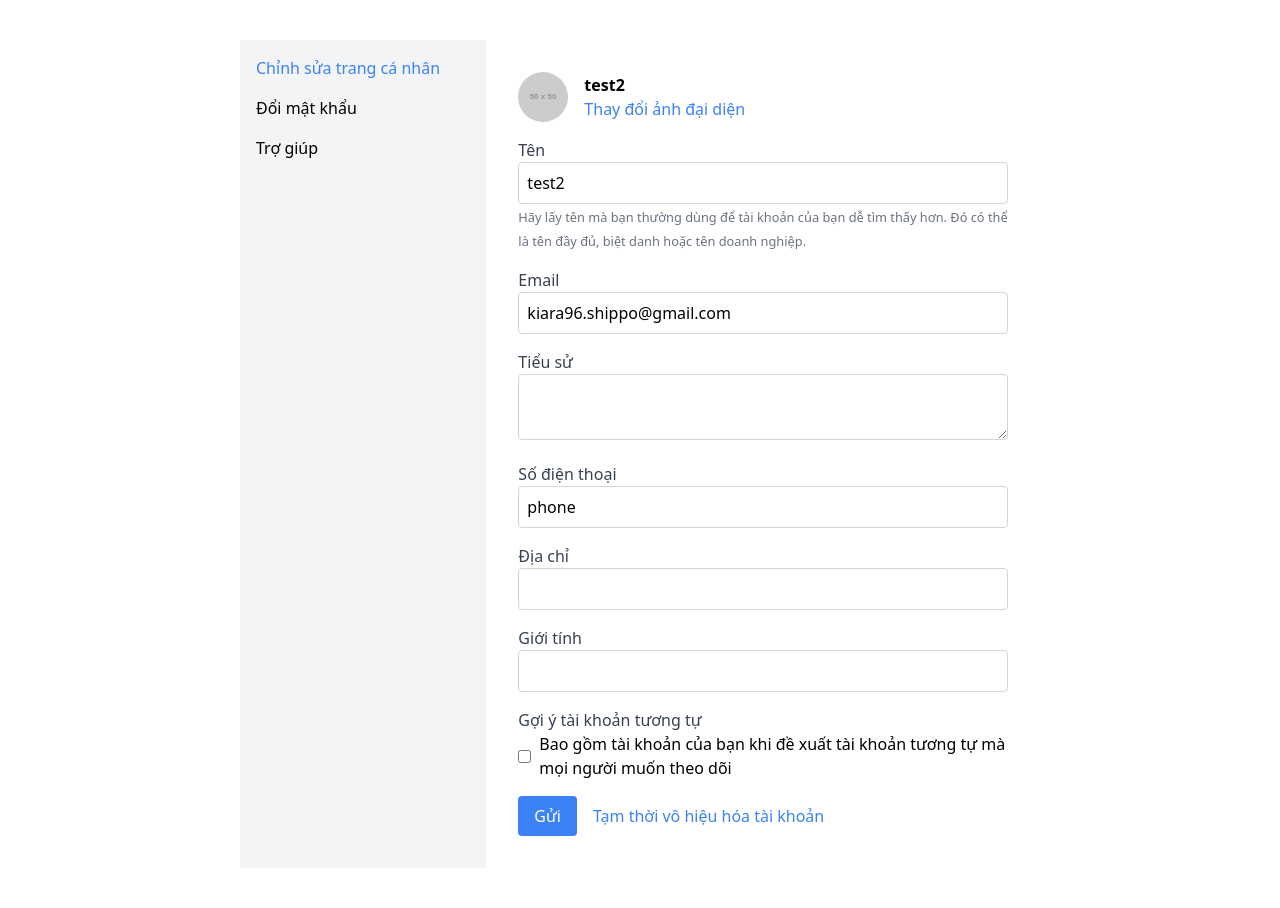
Repository: DangNgocDuong250903/2425_CS445AC_NHOM1
Page: /update_user (app in social_fe/)
The author's editor kept a copy of each file at every save. The page is drawn from the files as they stood at one save, then again after the next save.
The browser window is 1280 px wide. The pictures show the whole page.
The project was rebuilt for these pictures with package versions that can differ from the ones it lists, and the page was loaded fresh each time. Also part of the build but not shown: social_fe/vite.config.js, social_fe/src/components/Button/index.jsx, social_fe/src/assets/index.js, social_fe/src/components/FriendCard/index.jsx, social_fe/src/components/Loading/index.jsx, social_fe/src/components/PostCard/index.jsx, social_fe/src/components/ProfileCard/index.jsx, social_fe/src/components/TextInput/index.jsx and 8 more.

Above is the page before, as saved 2024-11-05 10:50:19.

### social_fe/index.html
<!DOCTYPE html>
<html lang="en">
  <head>
    <meta charset="UTF-8" />
    <link rel="icon" type="image/svg+xml" href="/public/logo.svg" />
    <meta name="viewport" content="width=device-width, initial-scale=1.0" />
    <title>LinkVerse</title>
  </head>
  <body>
    <div id="root"></div>
    <script type="module" src="/src/main.jsx"></script>
  </body>
</html>

### social_fe/src/main.jsx
import { StrictMode } from "react";
import { createRoot } from "react-dom/client";
import App from "./App.jsx";
import "./index.css";
import { store } from "./redux/store.js";
import { Provider } from "react-redux";
import { BrowserRouter } from "react-router-dom";

createRoot(document.getElementById("root")).render(
  <StrictMode>
    <Provider store={store}>
      <BrowserRouter>
        <App />
      </BrowserRouter>
    </Provider>
  </StrictMode>,
);

### social_fe/src/App.jsx
import { Outlet, Navigate, Route, Routes, useLocation } from "react-router-dom";
import {
  Home,
  Profile,
  Register,
  Login,
  ResetPassword,
  NotFound,
} from "./pages";
import { useSelector } from "react-redux";
import UpdateUser from "./pages/ProfilePage/updateUser";

const Layout = () => {
  const { user } = useSelector((state) => state.user);
  const location = useLocation();

  return user?.token ? (
    <Outlet />
  ) : (
    <Navigate to="/login" state={{ from: location }} replace />
  );
};

function App() {
  const { theme } = useSelector((state) => state.theme);

  return (
    <div data-theme={theme} className="w-full min-h-[100vh]">
      <Routes>
        <Route element={<Layout />}>
          <Route path="/" element={<Home />} />
          <Route path="/profile" element={<Profile />} />
          <Route path="/update_user" element={<UpdateUser />} />


        </Route>

        <Route path="/register" element={<Register />} />
        <Route path="/login" element={<Login />} />
        <Route path="/reset-password" element={<ResetPassword />} />
        <Route path="*" element={<NotFound />} />
      </Routes>
    </div >
  );
}

export default App;

### social_fe/src/index.css
@tailwind base;
@tailwind components;
@tailwind utilities;

::-webkit-scrollbar {
    display: none;
     -ms-overflow-style: none;  /* IE and Edge */
    scrollbar-width: none;
  }

  .topbar{
  position: sticky;
  top: 0px;
  z-index: 49;
  }


  .dots-container {
    display: flex;
    align-items: center;
    justify-content: center;
    height: 100%;
    width: 100%;
    margin-bottom: 5px;
  }

  .dot {
    height: 12px;
    width: 12px;
    margin-right: 10px;
    border-radius: 10px;
    background-color: #fff;
    animation: pulse 1.5s infinite ease-in-out;
  }

  .dot:last-child {
    margin-right: 0;
  }

  .dot:nth-child(1) {
    animation-delay: -0.3s;
  }

  .dot:nth-child(2) {
    animation-delay: -0.1s;
  }

  .dot:nth-child(3) {
    animation-delay: 0.1s;
  }

  @keyframes pulse {
    0% {
      transform: scale(0.8);
      background-color: #b3d4fc;
      box-shadow: 0 0 0 0 rgba(178, 212, 252, 0.7);
    }

    50% {
      transform: scale(1.2);
      background-color: #4b79e4;
      box-shadow: 0 0 0 10px rgba(178, 212, 252, 0);
    }

    100% {
      transform: scale(0.8);
      background-color: #2584f8;
      box-shadow: 0 0 0 0 rgba(178, 212, 252, 0.7);
    }
  }

  @layer base {
    :root {
      --color-bg: 227 227 227;
      --color-primary: 255 255 255;
      --color-secondary:255 255 255;
      --color-ascent1: 0 0 0;
      --color-ascent2: 89 91 100;
      --color-blue: 6 90 216;
      --color-white: 255 255 255;

    }
    /* //15 23 42  21 30 49*/
    [data-theme="dark"] {
       --color-bg: 12 12 12;
       --color-primary: 31 31 31;
      --color-secondary: 47 45 48;
      --color-ascent1: 255 255 255;
      --color-ascent2: 164 161 162;
      --color-blue: 6 90 216;
      /* //16 176 255; */
      --color-white: 255 255 255;
    }
  }

### social_fe/src/redux/store.js
import { configureStore } from "@reduxjs/toolkit";

import { rootReducer } from "./reducer";

const store = configureStore({
  reducer: rootReducer,
});

const { dispatch } = store;

export { store, dispatch };

### social_fe/src/pages/index.js
import Home from "./HomePage";
import Login from "./LoginPage";
import NotFound from "./NotFoundPage";
import Profile from "./ProfilePage";
import Register from "./RegisterPage";
import ResetPassword from "./ResetPasswordPage";

export { Home, Login, NotFound, Profile, Register, ResetPassword };

### social_fe/src/pages/ProfilePage/updateUser.jsx
import React from 'react';

const UpdateUser = () => {
    return (
        <div className="flex w-[800px] mx-auto pt-10 pb-10">
            <div className="w-1/3 p-4 bg-gray-100">
                <ul>
                    <li className="mb-4"><a href="#" className="text-blue-500">Chỉnh sửa trang cá nhân</a></li>
                    <li className="mb-4"><a href="#">Đổi mật khẩu</a></li>
                    <li className="mb-4"><a href="#">Trợ giúp</a></li>
                </ul>
            </div>
            <div className="w-3/4 p-8">
                <div className="flex items-center mb-4">
                    <img src="https://placehold.co/50x50" alt="User avatar" className="mr-4 rounded-full" />
                    <div>
                        <div className="font-bold">test2</div>
                        <a href="#" className="text-blue-500">Thay đổi ảnh đại diện</a>
                    </div>
                </div>
                <form>
                    <div className="mb-4">
                        <label className="block text-gray-700">Tên</label>
                        <input type="text" value="test2" className="w-full p-2 border border-gray-300 rounded" />
                        <small className="text-gray-500">Hãy lấy tên mà bạn thường dùng để tài khoản của bạn dễ tìm thấy hơn. Đó có thể là tên đầy đủ, biệt danh hoặc tên doanh nghiệp.</small>
                    </div>
                    <div className="mb-4">
                        <label className="block text-gray-700">Email</label>
                        <input type="email" value="kiara96.shippo@gmail.com" className="w-full p-2 border border-gray-300 rounded" />
                    </div>
                    <div className="mb-4">
                        <label className="block text-gray-700">Tiểu sử</label>
                        <textarea className="w-full p-2 border border-gray-300 rounded"></textarea>
                    </div>
                    <div className="mb-4">
                        <label className="block text-gray-700">Số điện thoại</label>
                        <input type="text" value="phone" className="w-full p-2 border border-gray-300 rounded" />
                    </div>
                    <div className="mb-4">
                        <label className="block text-gray-700">Địa chỉ</label>
                        <input type="text" className="w-full p-2 border border-gray-300 rounded" />
                    </div>
                    <div className="mb-4">
                        <label className="block text-gray-700">Giới tính</label>
                        <input type="text" className="w-full p-2 border border-gray-300 rounded" />
                    </div>
                    <div className="mb-4">
                        <label className="block text-gray-700">Gợi ý tài khoản tương tự</label>
                        <div className="flex items-center">
                            <input type="checkbox" className="mr-2" />
                            <span>Bao gồm tài khoản của bạn khi đề xuất tài khoản tương tự mà mọi người muốn theo dõi</span>
                        </div>
                    </div>
                    <div className="flex items-center">
                        <button type="submit" className="px-4 py-2 mr-4 text-white bg-blue-500 rounded">Gửi</button>
                        <button type="button" className="text-blue-500">Tạm thời vô hiệu hóa tài khoản</button>
                    </div>
                </form>
            </div>
        </div>
    );
};

export default UpdateUser;

### social_fe/src/redux/reducer.js
import { combineReducers } from "@reduxjs/toolkit";

import postSlice from "./Slices/postSlice";
import themeSlice from "./Slices/theme";
import userSlice from "./Slices/userSlice";

const rootReducer = combineReducers({
  user: userSlice,
  theme: themeSlice,
  posts: postSlice,
});

export { rootReducer };

### social_fe/src/redux/Slices/postSlice.js
import { createSlice } from "@reduxjs/toolkit";

const initialState = {
  posts: {},
};

const postSlice = createSlice({
  name: "post",
  initialState,
  reducers: {
    getPosts(state, action) {
      state.posts = action.payload;
    },
  },
});

export default postSlice.reducer;

export function SetPosts(post) {
  return (dispatch) => {
    dispatch(postSlice.actions.getPosts(post));
  };
}

### social_fe/src/redux/Slices/theme.js
import { createSlice } from "@reduxjs/toolkit";

const initialState = {
  theme: JSON.parse(window?.localStorage.getItem("theme")) ?? "dark",
};

const themeSlice = createSlice({
  name: "theme",
  initialState,
  reducers: {
    setTheme(state, action) {
      state.theme = action.payload;
      localStorage.setItem("theme", JSON.stringify(action.payload));
    },
  },
});

export default themeSlice.reducer;

export function SetTheme(value) {
  return (dispatch) => {
    dispatch(themeSlice.actions.setTheme(value));
  };
}

### social_fe/src/redux/Slices/userSlice.js
import { createSlice } from "@reduxjs/toolkit";

import { user } from "../../assets/data";

const initialState = {
  user: JSON.parse(window?.localStorage.getItem("user")) ?? user,
  edit: false,
};

const userSlice = createSlice({
  name: "user",
  initialState,
  reducers: {
    login(state, action) {
      state.user = action.payload;
      localStorage.setItem("user", JSON.stringify(action.payload));
    },
    logout(state) {
      state.user = null;
      localStorage?.removeItem("user");
    },
    updateProfile(state, action) {
      state.edit = action.payload;
    },
  },
});
export default userSlice.reducer;

export function UserLogin(user) {
  return (dispatch) => {
    dispatch(userSlice.actions.login(user));
  };
}

export function Logout() {
  return (dispatch) => {
    dispatch(userSlice.actions.logout());
  };
}

export function UpdateProfile(val) {
  return (dispatch) => {
    dispatch(userSlice.actions.updateProfile(val));
  };
}

### social_fe/tailwind.config.js
/** @type {import('tailwindcss').Config} */
export default {
  content: [
    "./index.html",
    "./src/**/*.{js,ts,jsx,tsx}",
  ],
  theme: {
    extend: {
      colors: {
        bgColor: "rgb(var(--color-bg) / <alpha-value>)",
        primary: "rgb(var(--color-primary) / <alpha-value>)",
        secondary: "rgb(var(--color-secondary) / <alpha-value>)",
        customBlue: "rgb(var(--color-blue) / <alpha-value>)",
        white: "rgb(var(--color-white) / <alpha-value>)",
        ascent: {
          1: "rgb(var(--color-ascent1) / <alpha-value>)",
          2: "rgb(var(--color-ascent2) / <alpha-value>)",
        },
      },
      screens: {
        sm: "640px",

        md: "768px",

        lg: "1024px",

        xl: "1280px",

        "2xl": "1536px",
      },
      extend: {
      },
    },
    plugins: [],
  }
}

Loaded but not shown: social_fe/src/assets/data.js (508 lines, source omitted)

After the next save:
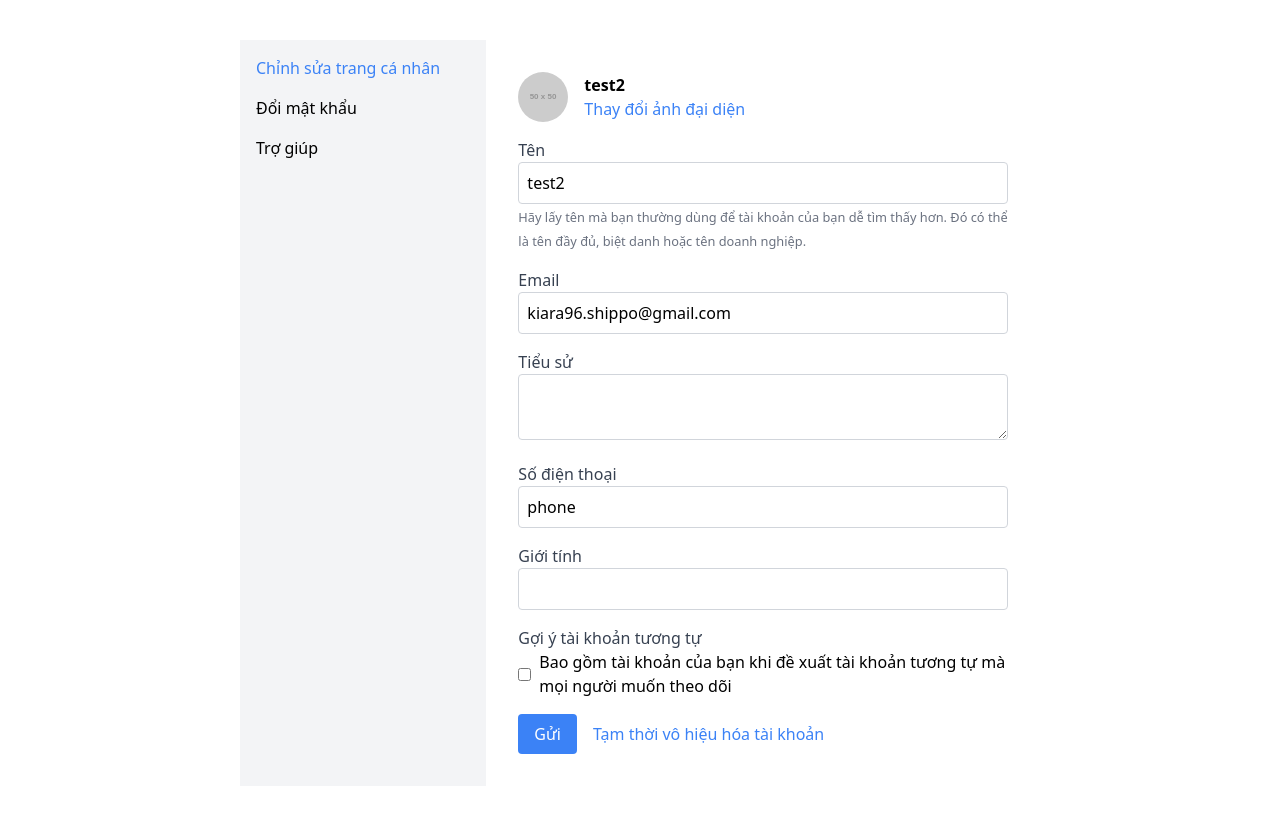
Saved 45 s later.
--- a/social_fe/src/pages/ProfilePage/updateUser.jsx
+++ b/social_fe/src/pages/ProfilePage/updateUser.jsx
@@ -37,10 +37,6 @@ const UpdateUser = () => {
                         <input type="text" value="phone" className="w-full p-2 border border-gray-300 rounded" />
                     </div>
                     <div className="mb-4">
-                        <label className="block text-gray-700">Địa chỉ</label>
-                        <input type="text" className="w-full p-2 border border-gray-300 rounded" />
-                    </div>
-                    <div className="mb-4">
                         <label className="block text-gray-700">Giới tính</label>
                         <input type="text" className="w-full p-2 border border-gray-300 rounded" />
                     </div>
